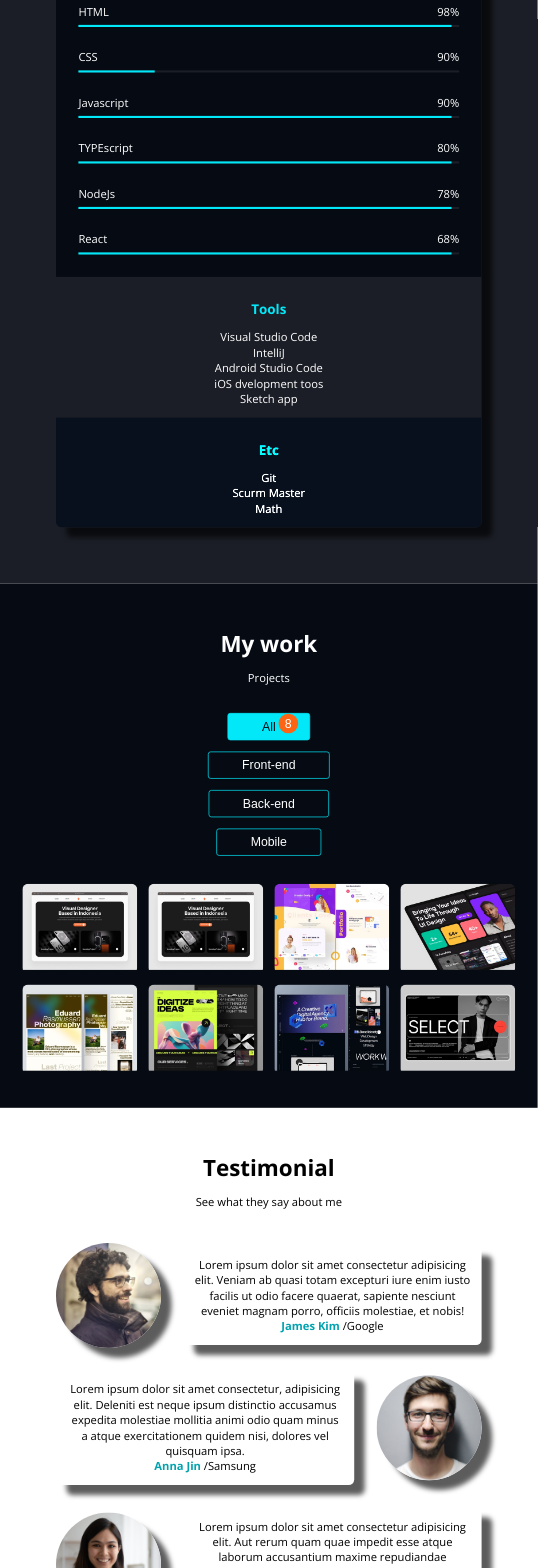
Repository: Arden-Sol/portfolio-website-clone-coding
Page: index.html
The author's editor kept a copy of each file at every save. The page is drawn from the files as they stood at one save, then again after the next save.
The browser window is 768 px wide. The pictures show the part of the page from y = 2151 to 4391 px (the page is 4855 px tall), at 70% of full size.
Some web libraries are served in a nearby version.

Above is the page before, as saved 2024-03-27 02:34:17.

### index.html
<!DOCTYPE html>
<html lang="en">

<head>
  <meta charset="UTF-8">
  <meta name="viewport" content="width=device-width, initial-scale=1.0">
  <!-- SEO -->
  <title>Arden&#39;s portfolio</title>
  <meta name="description" content="포트폴리오 연습장" />
  <meta name="author" content="arden">
  <link rel="shortcut icon" href="image/favicon.jpg" type="image/x-icon">
  <!-- OG (Open Graph Data) -->
  <meta property="og:title" content="포트폴리오">
  <meta property="og:type" content="website">
  <meta property="og:url" content="배포후 생성된 URL">
  <meta property="og:image" content="배포후 생성된 이미지 URL">
  <!-- Goole Font -->
  <link rel="preconnect" href="https://fonts.googleapis.com">
  <link rel="preconnect" href="https://fonts.gstatic.com" crossorigin>
  <link href="https://fonts.googleapis.com/css2?family=Open+Sans:ital,wght@0,300..800;1,300..800&display=swap"
    rel="stylesheet">
  <!-- Font Awesome -->
  <script src="https://kit.fontawesome.com/4dc9c1b526.js" crossorigin="anonymous"></script>
  <!-- CSS -->
  <link rel="stylesheet" href="css/style.css">
  <!-- Javascript -->
  <script src="src/main.js" defer></script>
</head>

<body>
  <!-- Header -->
  <header class="header">
    <div class="header__logo">
      <img class="header__logo__img" src="image/favicon.jpg" alt="">
      <h1 class="header__logo__title"><a href="#">Ellie</a></h1>
    </div>
    <nav>
      <ul class="header__menu">
        <li><a class="header__menu__item active" href="#home">Home</a></li>
        <li><a class="header__menu__item" href="#about">About</a></li>
        <li><a class="header__menu__item" href="#skills">Skills</a></li>
        <li><a class="header__menu__item" href="#work">My work</a></li>
        <li><a class="header__menu__item" href="#testimonial">Testimonials</a></li>
        <li><a class="header__menu__item" href="#contact">Contact</a></li>
      </ul>
    </nav>
  </header>
  <!-- Main -->
  <main>
    <!-- Home -->
    <section id="home" class="section">
      <img class="home__avatar" src="image/picture.jpg" alt="picture">
      <h2 class="home__title">Lorem <br> <strong class="home__title--strong">ipsum dolor</strong> sit amet consectetur
        ad.</h2>
      <p class="home__description">Lorem ipsum dolor sit amet consectetur adipisicing elit. Rerum placeat optio beatae
        assumenda incidunt harum
        vel?</p>
      <a class="home__contact" href="#contact">Contact me</a>
    </section>
    <!-- About -->
    <section id="about" class="section max-container">
      <h2 class="title">About me</h2>
      <p class="description">Lorem ipsum dolor sit amet, consectetur adipisicing elit. Soluta, consequatur.</p>
      <ul class="majors">
        <li class="major">
          <i class="fa-brands fa-html5 major__icon"></i>
          <p class="major__title">Front-end</p>
          <p>HTML, CSS Javascript, TYPEscript</p>
        </li>
        <li class="major">
          <i class="fa-solid fa-mobile major__icon"></i>
          <p class="major__title">Mobile</p>
          <p>Lorem ipsum dolor sit amet consectetur.</p>
        </li>
        <li class="major">
          <i class="fa-solid fa-server major__icon"></i>
          <p class="major__title">Back-end</p>
          <p>Lorem, ipsum dolor sit amet consectetur adipisicing elit.</p>
        </li>
      </ul>
      <ul class="jobs">
        <li class="job"><img src="image/jobs/google.png" alt="google">
          <div>
            <p class="job__name">junior Front-end engineer</p>
            <p class="job__period">period</p>
          </div>
        </li>
        <li class="job"><img src="image/jobs/samsung.png" alt="samsung">
          <div>
            <p class="job__name">
              junior Front-end dngineer
            </p>
            <p class="job__period">period</p>
          </div>
        </li>
      </ul>
    </section>
    <!-- Skills -->
    <section id="skills" class="section">
      <div class="max-container">
        <h2 class="title">My Skills</h2>
        <p class="description">Skills & Attributes</p>
        <p>Lorem ipsum dolor sit amet consectetur, adipisicing elit. Quia tempore dignissimos suscipit deleniti saepe
          nemo
          doloremque voluptates minima ipsam! Nemo ab voluptas omnis libero commodi delectus sequi hic error inventore?
        </p>
        <div class="skills">
          <section class="skills__coding">
            <h3 class="skills__title">Conding Skills</h3>
            <ul>
              <li class="bar">
                <div class="bar__metadata"><span>HTML</span><span>98%</span></div>
                <div class="bar__bg">
                  <div class="bar__value" style="width: 98%"></div>
                </div>
              </li>
              <li class="bar">
                <div class="bar__metadata"><span>CSS</span><span>90%</span></div>
                <div class="bar__bg">
                  <div class="bar__value" style="width: 20%"></div>
                </div>
              </li>
              <li class="bar">
                <div class="bar__metadata"><span>Javascript</span><span>90%</span></div>
                <div class="bar__bg">
                  <div class="bar__value" style="width: 98%"></div>
                </div>
              </li>
              <li class="bar">
                <div class="bar__metadata"><span>TYPEscript</span><span>80%</span></div>
                <div class="bar__bg">
                  <div class="bar__value" style="width: 98%"></div>
                </div>
              </li>
              <li class="bar">
                <div class="bar__metadata"><span>NodeJs</span><span>78%</span></div>
                <div class="bar__bg">
                  <div class="bar__value" style="width: 98%"></div>
                </div>
              </li>
              <li class="bar">
                <div class="bar__metadata"><span>React</span><span>68%</span></div>
                <div class="bar__bg">
                  <div class="bar__value" style="width: 98%"></div>
                </div>
              </li>
            </ul>
          </section>
          <section class="skills__tools">
            <h3 class="skills__title">Tools</h3>
            <ul>
              <li>Visual Studio Code</li>
              <li>IntelliJ</li>
              <li>Android Studio Code</li>
              <li>iOS dvelopment toos</li>
              <li>Sketch app</li>
            </ul>
          </section>
          <section class="skills__etc">
            <h3 class="skills__title">Etc</h3>
            <ul>
              <li>Git</li>
              <li>Scurm Master</li>
              <li>Math</li>
            </ul>
          </section>
        </div>
      </div>
    </section>
    <!-- Work -->
    <section id="work" class="section">
      <div class="max-container">
        <h2 class="title">My work</h2>
        <p class="description">Projects</p>
        <ul class="categories">
          <li><button class="category category--selected">All <span class="category__count">8</span></button></li>
          <li><button class="category">Front-end <span class="category__count">3</span></button></li>
          <li><button class="category">Back-end <span class="category__count">3</span></button></li>
          <li><button class="category">Mobile <span class="category__count">2</span></button></li>
        </ul>
        <ul class="projects">
          <li class="project">
            <a href="#" target="_blank">
              <img src="image/projects/project1.webp" alt="project8" class="project__img">
              <div class="project__metadata">
                <h3 class="project__title">Project #1</h3>
                <p>Clone Coding with HTML, CSS</p>
              </div>
            </a>
          </li>
          <li class="project"><a href="#" target="_blank"><img src="image/projects/project1.webp" alt="project1"
                class="project__img">
              <div class="project__metadata">
                <h3 class="project__title">Project #1</h3>
                <p>Clone Coding with HTML, CSS</p>
              </div>
            </a></li>
          <li class="project"><a href="#" target="_blank"><img src="image/projects/project2.webp" alt="project2"
                class="project__img">
              <div class="project__metadata">
                <h3 class="project__title">Project #2</h3>
                <p>Clone Coding with HTML, CSS</p>
              </div>
            </a></li>
          <li class="project"><a href="#" target="_blank"><img src="image/projects/project3.webp" alt="project3"
                class="project__img">
              <div class="project__metadata">
                <h3 class="project__title">Project #3</h3>
                <p>Clone Coding with HTML, CSS</p>
              </div>
            </a></li>
          <li class="project"><a href="#" target="_blank"><img src="image/projects/project4.webp" alt="project4"
                class="project__img">
              <div class="project__metadata">
                <h3 class="project__title">Project #4</h3>
                <p>Clone Coding with HTML, CSS</p>
              </div>
            </a></li>
          <li class="project"><a href="#" target="_blank"><img src="image/projects/project5.webp" alt="project5"
                class="project__img">
              <div class="project__metadata">
                <h3 class="project__title">Project #5</h3>
                <p>Clone Coding with HTML, CSS</p>
              </div>
            </a></li>
          <li class="project"><a href="#" target="_blank"><img src="image/projects/project6.webp" alt="project6"
                class="project__img">
              <div class="project__metadata">
                <h3 class="project__title">Project #6</h3>
                <p>Clone Coding with HTML, CSS</p>
              </div>
            </a></li>
          <li class="project"><a href="#" target="_blank"><img src="image/projects/project7.webp" alt="project7"
                class="project__img">
              <div class="project__metadata">
                <h3 class="project__title">Project #7</h3>
                <p>Clone Coding with HTML, CSS</p>
              </div>
            </a></li>
        </ul>
      </div>
    </section>
    <!-- Testimonials -->
    <section id="testimonial" class="section max-container">
      <h2 class="title">Testimonial</h2>
      <p class="description">See what they say about me</p>
      <ul class="testimonials">
        <li class="testimonial"><img class="testimonial__img" src="image/testimonials/people1.webp" alt="people1">
          <div class="testimonial__bubble">
            <p>Lorem ipsum dolor sit amet consectetur adipisicing elit. Veniam ab quasi totam excepturi iure enim iusto
              facilis ut odio facere quaerat, sapiente nesciunt eveniet magnam porro, officiis molestiae, et nobis!</p>
            <p><a class="testimonial__bubble__name" href="#">James Kim</a> /Google</p>
          </div>
        </li>
        <li class="testimonial"><img class="testimonial__img" src="image/testimonials/people2.webp" alt="people2">
          <div class="testimonial__bubble">
            <p>Lorem ipsum dolor sit amet consectetur, adipisicing elit. Deleniti est neque ipsum distinctio accusamus
              expedita molestiae mollitia animi odio quam minus a atque exercitationem quidem nisi, dolores vel quisquam
              ipsa.</p>
            <p><a class="testimonial__bubble__name" href="#">Anna Jin </a>/Samsung</p>
          </div>
        </li>
        <li class="testimonial">
          <img class="testimonial__img" src="image/testimonials/people3.webp" alt="people3">
          <div class="testimonial__bubble">
            <p>Lorem ipsum dolor sit amet consectetur adipisicing elit. Aut rerum quam quae impedit esse atque laborum
              accusantium maxime repudiandae assumenda, perferendis beatae repellat at? Nam, soluta assumenda. Veniam,
              odit possimus?</p>
            <p><a class="testimonial__bubble__name" href="#">Anna Jin </a>/Samsung</p>
          </div>
        </li>
      </ul>
    </section>
    <!-- Arrow up -->
    <aside>
      <a class="arrow-up" href="#home" title="back to top">
        <i class="fa-solid fa-arrow-up"></i></a>
    </aside>
  </main>
  <!-- Footer -->
  <footer id="contact" class="section">
    <div class="max-container">
      <h2 class="title">Let&#39;s talk</h2>
      <p class="description">highhigh222@naver.com</p>
      <ul class="contact__links">
        <li>
          <a class="contact__link" href="#" title="arden github link" target="_blank">
            <i class="fa-brands fa-github"></i>
          </a>
        </li>
        <li>
          <a class="contact__link" href="#" title="arden linkedin link" target="_blank">
            <i class="fa-brands fa-linkedin"></i>
          </a>
        </li>
      </ul>
      <p>Dream Coding ellie - All right reserved</p>
    </div>
  </footer>


</body>

</html>

### css/style.css
/* Global */
:root {
/* App Colors */
--color-primary: var(--color-black);
--color-primary-variant: var(--color-gray);
--color-accent: var(--color-blue);
--color-accent-variant: var(--color-orange);
--color-text: var(--color-white);

  /* Colors */
--color-white: #ffffff;
--color-black: #050a13;
--color-blue: #03e8f9;
--color-orange: #fd6413;
--color-gray: #1b1e26;

/* Size */
--size-max-width: 1200px;
}

*{
  box-sizing: border-box;
}

body {
  margin : 0;
  font-family: 'Open Sans', sans-serif;
}

h1, h2, h3,p,ul {
  margin : 0;

}

ul{
  list-style: none;
  padding: 0;
}
a {
  text-decoration: none;
  color : var(--color-text);
}

button {
  background-color: transparent;
  outline: 0;
  border : 0;
}

button:hover {
  outline: 1px solid var(--color-accent);
}

/* Common */
.section {
  padding: 4rem;
  text-align: center;
}
.title {
  font-size: 2.5;
  margin: 1rem 0;
}
.description {
  font-size: 1.5rem;
}
.max-container {
  max-width: var(--size-max-width);
  margin: auto;
}

/* Header */
.header{
  position:fixed;
  top:0;
  width: 100%;
  display: flex;
  justify-content: space-between;
  align-items: center;
  padding: 1rem;
  background-color: black;
  z-index: 1;
  /* 새롭게 배운 것 */
}
.header__logo {
  display: flex;
  align-items: center;
  gap:8px;
}
.header__logo__img {
  width: 36px;
  height: 36px;
  border-radius: 100%;
}
.header__logo__title {
  font-size: 1.8rem;
}
.header__menu {
  display: flex;
  gap:4px
}
.header__menu__item {
  padding: 8px 16px;
}
.header__menu__item:hover {
  border-bottom:1px solid var(--color-accent)
}
.header__menu__item.active {
  border:1px solid var(--color-accent);
  border-radius: 4px;
}
/* Home */
#home{
  background-color: var(--color-primary);
  color: var(--color-text);
  padding : 5rem 1rem;
  padding-top: 7rem;
  text-align: center;
}
.home__avatar{
  width: 250px;
  height: 250px;
  object-fit:cover;
  border-radius: 100%;
  border:3px solid var(--color-accent);
}
.home__title {
  font-size: 3rem;
  margin-bottom: 1rem;
}
.home__title--strong{
  color: var(--color-accent);
}
.home__description {
  font-size: 1.3rem;
}
.home__contact{
  display: inline-block;
  background-color: var(--color-accent);
  color:var(--color-black);
  padding : 0.5rem 1rem;
  margin: 2rem;
  font-weight: bold;
  border-radius: 4px;
}
.home__contact:hover{
  background-color: transparent;
  color: var(--color-text);
  outline: 2px solid var(--color-accent);
}
/* About me */
.majors{
  display: flex;
  justify-content: space-between;
  gap:1rem;
  margin: 2.5rem 0;
}
.major {
  background-color: var(--color-primary-variant);
  padding: 2rem 1rem;
  width: 30%;
  color: var(--color-text);
  border-radius: 1rem;
  cursor: default;
  box-shadow: 15px 14px 8px 0px rgba(0,0,0,0.64);
}
.major__icon{
  font-size: 4rem;
  margin: 1rem 0;
  color: var(--color-accent);
  transition: all 300ms ease;
}
.major__title{
  font-size: 1.5rem;
  font-weight: bold;
  margin-bottom:1rem;
}
.major:hover .major__icon{
  transform: rotate(-15deg) scale(1.2);
}
.jobs{
  text-align: start;
}
.job {
  display: flex;
  align-items: center;
  gap:8px;
  margin-bottom: 1rem;
}
.job__name {
  color: var(--color-primary);
}
.job__period  {
  color: var(--color-primary);
  font-size: 0.8rem;
}

/* Skills */
#skills {
  background-color: var(--color-primary-variant);
  color: var(--color-text);
}
.skills{
  display: grid;
  grid-template-columns: 6fr 4fr;
  margin: 2rem 3rem;
  border-radius: 8px;
  overflow: hidden;
  box-shadow: 15px 14px 8px 0px rgba(0,0,0,0.64);
}
.skills__title {
  color: var(--color-accent);
  margin: 1rem 0;
  font-size: 1.2rem;
}

.skills__coding{
  background-color: var(--color-primary);
  grid-row: span 2;
  padding: 1rem;
}
.skills__tools{
padding: 1rem;
}
.skills__etc{
  background-color: var(--color-primary);
  padding: 1rem;
  filter: brightness(150%);
}
.bar {
  display: flex;
  flex-direction: column;
  padding: 1rem;
  gap: 0.5rem;
}
.bar__metadata{
  display: flex;
  justify-content: space-between;
}
.bar__bg{
  width: 100%;
  height: 3px;
  background-color: var(--color-primary-variant);
}
.bar__value{
  height: 3px;
  background-color: var(--color-accent);
}

/* Word */
#work{
  background-color: var(--color-primary);
  color: var(--color-text);
}
.categories{
  display: flex;
  justify-content: center;
  margin: 2.5rem;
  gap: 1rem;
}
.category{
  position: relative;
  color: var(--color-text);
  font-size: 1.1rem;
  padding: 0.5rem 3rem;
  border-radius: 4px;
  border: 1px solid var(--color-accent);
  cursor: pointer;
  white-space: nowrap;
  /* 새롭게 배운 것 */
}
.category--selected {
  background-color: var(--color-accent);
  color: var(--color-primary);
}
.category__count{
  opacity: 0;
  position: absolute;
  top: -20px;
  right: 16px;
  width: 28px;
  height: 28px;
  line-height: 28px;
  border-radius: 100%;
  background-color: var(--color-accent-variant);
  color: var(--color-text);
  transition: all 250ms ease-in;
}
.category--selected .category__count,
.category:hover .category__count{
  opacity: 1;
  top: 0;
}

.projects {
  display: grid;
  grid-template-columns: repeat(4, 1fr);
  grid-template-rows: repeat(2, 1fr);
  gap: 1rem;
}
.project{
  position: relative;
  border-radius: 8px;
  overflow: hidden;
}
.project__img{
  width: 100%;
}
.project__metadata{
  position: absolute;
  top: 0;
  right: 0;
  width: 100%;
  height: 100%;
  background-color: var(--color-black);
  opacity: 0;
  display: flex;
  flex-direction: column;
  justify-content: center;
  align-items: center;
  transition: all 250ms ease-in;
  transform: translateY(-10px);
}
.project__metadata:hover {
  opacity: 0.8;
  transform: translateY(0px);
}
.project__title:after {
  content:'';
  display: block;
  position: relative;
  left: 50%;
  width: 50px;
  height: 2px;
  background-color: var(--color-accent);
  transform: translateX(-50%);
  margin: 0.5rem 0;
  /* 꾸미기용 가상요소 */
}

/* Testimonial */
.testimonials {
  margin: 3rem;

}
.testimonial{
  display: flex;
  gap:2rem;
  margin-bottom: 2rem;
  align-items: center;
}
.testimonial:nth-child(even) .testimonial__img{
  order:1;
}
.testimonial__img{
  width: 150px;
  height: 150px;
  border-radius: 100%;
  box-shadow: 15px 14px 8px 0px rgba(0,0,0,0.64);
}
.testimonial__bubble{
  box-shadow: 15px 14px 8px 0px rgba(0,0,0,0.64);
  padding: 1rem;
  border-radius: 8px;
}
.testimonial__bubble__name{
  color: var(--color-accent);
  font-weight: bold;
  filter: brightness(70%);
}

/* Arrow up */
.arrow-up{
  background-color: var(--color-primary);
  position: fixed;
  bottom: 3rem;
  right: 3rem;
  font-size: 3rem;
  width: 4.5rem;
  height: 4.5rem;
  border-radius: 100%;
  text-align: center;
  box-shadow: 15px 14px 8px 0px var(--color-accent);
}

/* Footer */
#contact{
  background-color: var(--color-primary);
  color: var(--color-text);
}
.contact__links {
  display: flex;
  justify-content: center;
  gap: 1rem;
  padding: 1rem;
  font-size: 2rem;
}
.contact__link {
  transition: color 250ms ease-in;

}
.contact__link:hover{
  color: var(--color-accent);
}

@media screen and (max-width: 768px){
  .section {
    padding: 3rem 2rem;
  }
  .title {
    font-size: 2rem;
  }
.description {
  font-size: 1rem;
}
#home{
  padding-bottom: 3rem;
}
.home__title {
font-size: 2.5rem;
margin-bottom: 0.5rem;
}
.majors{
  flex-direction: column;
  align-items: center;
}
.major{
  max-width:25rem;
  width: 100%;
}
.job{
  justify-content: center;
}
.skills{
  grid-template-columns: 1fr;
}
.categories{
  flex-direction: column;
}





}

Loaded but not shown: src/main.js (common file)

After the next save:
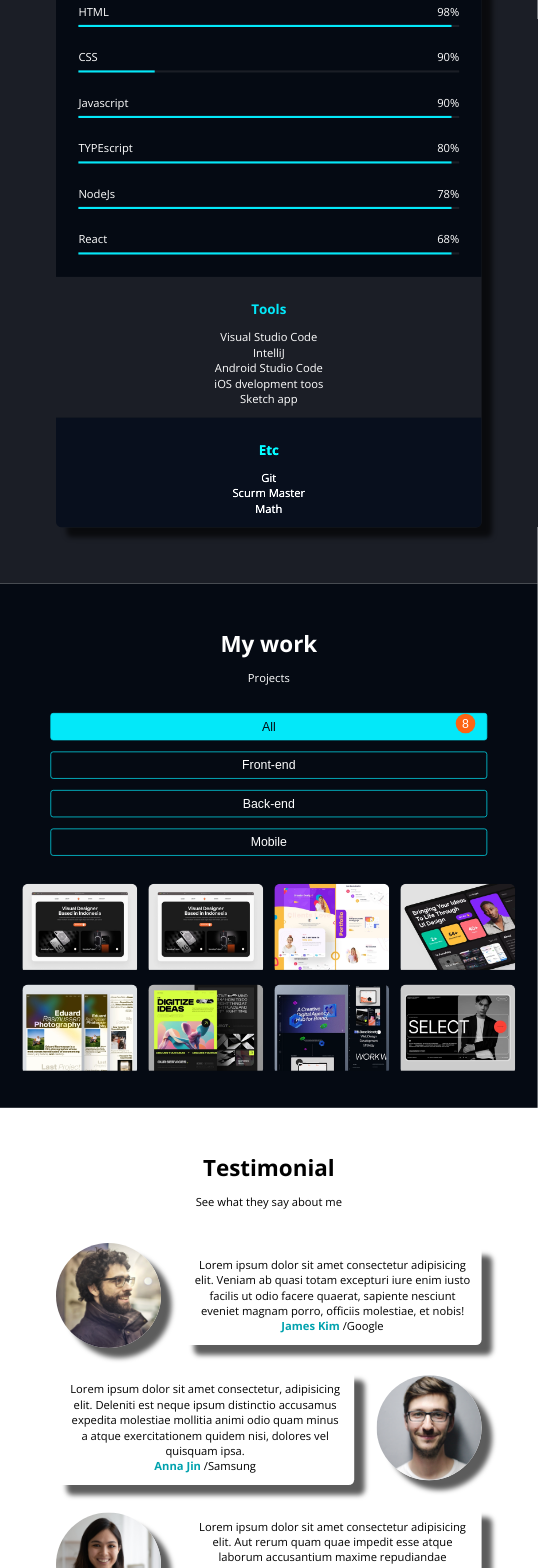
Saved 16 s later.
--- a/css/style.css
+++ b/css/style.css
@@ -436,9 +436,11 @@
 .categories{
   flex-direction: column;
 }
-
-
-
-
-
-}
+.category{
+  width: 100%;
+}
+
+
+
+
+}
